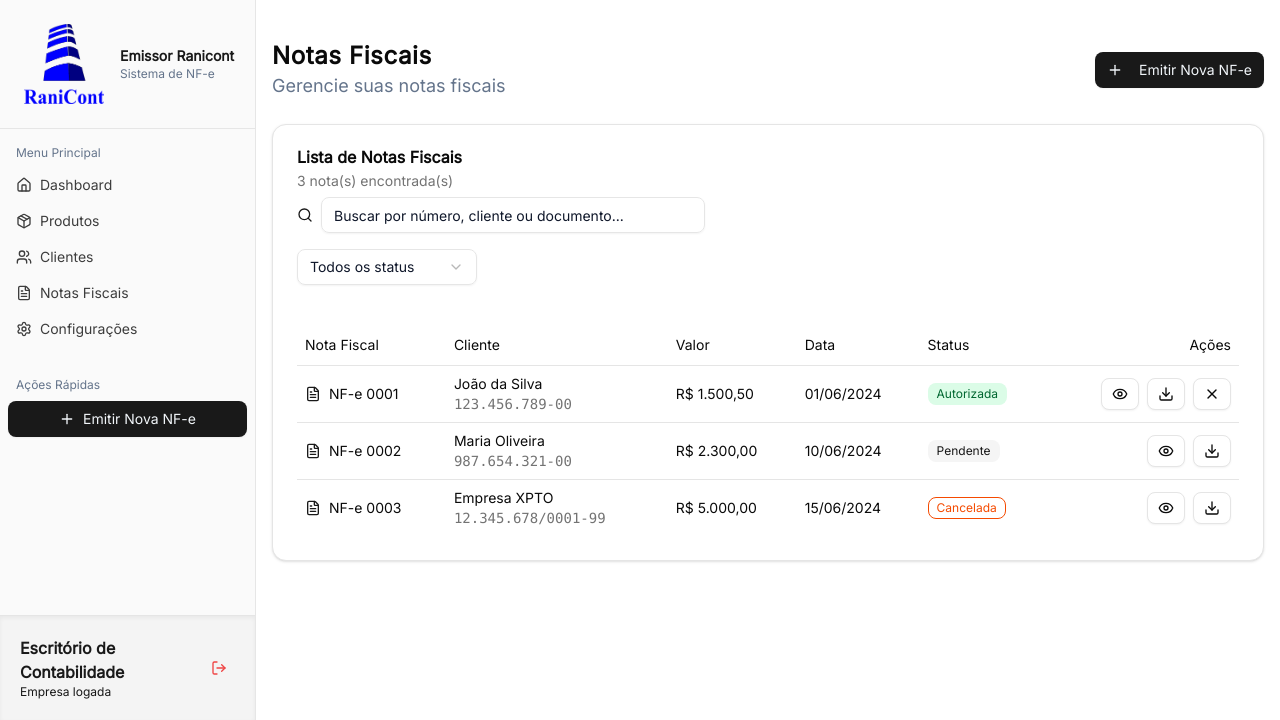
Repository: vinimx/emissor-ranicont
Page: /notas
These files come from the project's save history. The page is drawn as it stood at one moment and after the next save; the edit follows.
The browser window is 1280 px wide. The pictures show the whole page.
The project was rebuilt for these pictures with package versions that can differ from the ones it lists, and the page was loaded fresh each time. Also part of the build but not shown: vite.config.js, src/components/ui/label.jsx, src/components/Auth/Login/index.jsx, src/components/Auth/Cadastrar/index.jsx, src/components/ui/separator.jsx, src/components/ui/skeleton.jsx, src/components/Dashboard/index.jsx, src/components/Produtos/index.jsx and 2 more.

Above is the page before, as saved 2025-06-23 22:10:32.

### index.html
<!DOCTYPE html>
<html lang="en">
  <head>
    <meta charset="UTF-8" />
    <link rel="icon" type="image/svg+xml" href="/vite.svg" />
    <meta name="viewport" content="width=device-width, initial-scale=1.0" />
    <title>Emissor Ranicont</title>
  </head>
  <body>
    <div id="root"></div>
    <script type="module" src="/src/main.jsx"></script>
  </body>
</html>

### src/main.jsx
import "./index.css";
import React from "react";
import ReactDOM from "react-dom/client";
import { BrowserRouter } from "react-router-dom";
import App from "./App";

ReactDOM.createRoot(document.getElementById("root")).render(
  <React.StrictMode>
    <BrowserRouter>
      <App />
    </BrowserRouter>
  </React.StrictMode>
);

### src/App.jsx
import { Routes, Route } from "react-router-dom";
import Login from "./components/Auth/Login";
import Cadastrar from "./components/Auth/Cadastrar";
import Dashboard from "./components/Dashboard";
import Produtos from "./components/Produtos";
import Clientes from "./components/Clientes";
import NotaFiscal from "./components/NotaFiscal";
import NovaNotaFiscal from "./components/NotaFiscal/NovaNotaFiscal";

function App() {
  return (
    <Routes>
      <Route path="/" element={<Dashboard />} />
      <Route path="/login" element={<Login />} />
      <Route path="/cadastrar" element={<Cadastrar />} />
      <Route path="/dashboard" element={<Dashboard />} />
      <Route path="/produtos" element={<Produtos />} />
      <Route path="/clientes" element={<Clientes />} />
      <Route path="/notas" element={<NotaFiscal />} />
      <Route path="/nova" element={<NovaNotaFiscal />} />
    </Routes>
  );
}

export default App;

### src/components/NotaFiscal/index.jsx
import { Plus, Search, FileText, Eye, Download, X } from "lucide-react";
import HeaderPagina from "../HeaderPagina";
import LayoutComSidebar from "../MobileSideBar";
import { SidebarProvider } from "../ui/sidebar";
import { Sheet, SheetTrigger } from "../ui/sheet";
import { Button } from "../ui/button";
import { useState } from "react";
import {
  Card,
  CardDescription,
  CardHeader,
  CardTitle,
  CardContent,
} from "../ui/card";
import { Input } from "../ui/input";
import {
  Table,
  TableHeader,
  TableBody,
  TableRow,
  TableHead,
  TableCell,
} from "../ui/table";
import {
  Select,
  SelectTrigger,
  SelectValue,
  SelectContent,
  SelectItem,
} from "../ui/select";
import { Badge } from "../ui/badge";
import { Link } from "react-router-dom";

const notas = [
  {
    id: 1,
    numero: "0001",
    cliente: "João da Silva",
    documento: "123.456.789-00",
    valor: 1500.5,
    data: "2024-06-01",
    status: "Autorizada",
    serie: "1",
  },
  {
    id: 2,
    numero: "0002",
    cliente: "Maria Oliveira",
    documento: "987.654.321-00",
    valor: 2300.0,
    data: "2024-06-10",
    status: "Pendente",
    serie: "1",
  },
  {
    id: 3,
    numero: "0003",
    cliente: "Empresa XPTO",
    documento: "12.345.678/0001-99",
    valor: 5000.0,
    data: "2024-06-15",
    status: "Cancelada",
    serie: "2",
  },
];

export default function NotaFiscal() {
  const [abrirSheet, setAbrirSheet] = useState(false);
  const [busca, setBusca] = useState("");
  const [filtroStatus, setFiltroStatus] = useState("all");

  const notasFiltradas = notas.filter((nota) => {
    const correspondeBusca =
      nota.numero.includes(busca) ||
      nota.cliente.toLowerCase().includes(busca.toLowerCase()) ||
      nota.documento.includes(busca);

    const correspondeStatus =
      filtroStatus === "all" || nota.status === filtroStatus;

    return correspondeBusca && correspondeStatus;
  });

  const getBadgeStatus = (status) => {
    switch (status) {
      case "Autorizada":
        return (
          <Badge className="bg-green-100 text-green-800 hover:bg-green-100">
            Autorizada
          </Badge>
        );
      case "Pendente":
        return <Badge variant="secondary">Pendente</Badge>;
      case "Cancelada":
        return (
          <Badge
            variant="outline"
            className="text-orange-600 border-orange-600"
          >
            Cancelada
          </Badge>
        );
      case "Rejeitada":
        return <Badge variant="destructive">Rejeitada</Badge>;
      default:
        return <Badge variant="secondary">{status}</Badge>;
    }
  };

  return (
    <SidebarProvider>
      <LayoutComSidebar>
        <div className="mt-20 md:mt-10 m-2 sm:m-4 space-y-4 sm:space-y-6">
          <HeaderPagina
            titulo="Notas Fiscais"
            subtitulo="Gerencie suas notas fiscais"
            acao={
              <Sheet open={abrirSheet} onOpenChange={setAbrirSheet}>
                <Button
                  asChild
                  className="bg-[var(--sidebar-primaria)] text-[var(--primaria-texto)] font-medium transition-colors hover:bg-[var(--primaria-hover)] rounded-[var(--raio)]"
                >
                  <Link to="/nova">
                    <Plus className="h-4 w-4 mr-2" />
                    Emitir Nova NF-e
                  </Link>
                </Button>
              </Sheet>
            }
          />
          <Card className="overflow-hidden">
            <CardHeader className="pb-4">
              <CardTitle>Lista de Notas Fiscais</CardTitle>
              <CardDescription>
                {notasFiltradas.length} nota(s) encontrada(s)
              </CardDescription>
              <div className="flex flex-col space-y-4">
                <div className="flex flex-col sm:flex-row sm:items-center space-y-2 sm:space-y-0 sm:space-x-2">
                  <Search className="h-4 w-4 text-[var(--sidebar-primaria)]" />
                  <Input
                    placeholder="Buscar por número, cliente ou documento..."
                    value={busca}
                    onChange={(e) => setBusca(e.target.value)}
                    className="max-w-sm bg-[var(--input-bg)] text-[var(--texto)] border-[var(--sidebar-borda)] placeholder:text-[var(--texto)]"
                  />
                </div>
                <Select value={filtroStatus} onValueChange={setFiltroStatus}>
                  <SelectTrigger className="w-full sm:w-[180px] bg-[var(--input-bg)] text-[var(--texto)] border-[var(--sidebar-borda)]">
                    <SelectValue placeholder="Filtrar por status" />
                  </SelectTrigger>
                  <SelectContent>
                    <SelectItem value="all">Todos os status</SelectItem>
                    <SelectItem value="Autorizada">Autorizada</SelectItem>
                    <SelectItem value="Pendente">Pendente</SelectItem>
                    <SelectItem value="Cancelada">Cancelada</SelectItem>
                    <SelectItem value="Rejeitada">Rejeitada</SelectItem>
                  </SelectContent>
                </Select>
              </div>
            </CardHeader>
            <CardContent>
              {/* Tabela para telas grandes (lg e acima) */}
              <div className="hidden lg:block overflow-x-auto">
                <Table>
                  <TableHeader>
                    <TableRow>
                      <TableHead>Nota Fiscal</TableHead>
                      <TableHead>Cliente</TableHead>
                      <TableHead>Valor</TableHead>
                      <TableHead>Data</TableHead>
                      <TableHead>Status</TableHead>
                      <TableHead className="text-right">Ações</TableHead>
                    </TableRow>
                  </TableHeader>
                  <TableBody>
                    {notasFiltradas.map((nota) => (
                      <TableRow key={nota.id}>
                        <TableCell>
                          <div className="flex items-center space-x-2">
                            <FileText className="h-4 w-4 text-[var(--sidebar-primaria)]" />
                            <div>
                              <div className="font-medium">
                                NF-e {nota.numero}
                              </div>
                            </div>
                          </div>
                        </TableCell>
                        <TableCell>
                          <div>
                            <div className="font-medium">{nota.cliente}</div>
                            <div className="text-sm text-muted-foreground font-mono">
                              {nota.documento}
                            </div>
                          </div>
                        </TableCell>
                        <TableCell>
                          <div className="font-medium">
                            R${" "}
                            {nota.valor.toLocaleString("pt-BR", {
                              minimumFractionDigits: 2,
                            })}
                          </div>
                        </TableCell>
                        <TableCell>
                          <div className="text-sm">
                            {new Date(nota.data).toLocaleDateString("pt-BR")}
                          </div>
                        </TableCell>
                        <TableCell>{getBadgeStatus(nota.status)}</TableCell>
                        <TableCell className="text-right">
                          <div className="flex justify-end space-x-2">
                            <Button variant="outline" size="sm">
                              <Eye className="h-4 w-4" />
                            </Button>
                            <Button variant="outline" size="sm">
                              <Download className="h-4 w-4" />
                            </Button>
                            {nota.status === "Autorizada" && (
                              <Button variant="outline" size="sm">
                                <X className="h-4 w-4" />
                              </Button>
                            )}
                          </div>
                        </TableCell>
                      </TableRow>
                    ))}
                  </TableBody>
                </Table>
              </div>

              {/* Tabela compacta para tablets (md) */}
              <div className="hidden md:block lg:hidden overflow-x-auto">
                <Table>
                  <TableHeader>
                    <TableRow>
                      <TableHead>Nota Fiscal</TableHead>
                      <TableHead>Cliente</TableHead>
                      <TableHead>Valor</TableHead>
                      <TableHead className="text-right">Ações</TableHead>
                    </TableRow>
                  </TableHeader>
                  <TableBody>
                    {notasFiltradas.map((nota) => (
                      <TableRow key={nota.id}>
                        <TableCell>
                          <div className="flex items-center space-x-2">
                            <FileText className="h-4 w-4 text-[var(--sidebar-primaria)] flex-shrink-0" />
                            <div className="min-w-0 flex-1">
                              <div className="font-medium text-sm truncate">
                                NF-e {nota.numero}
                              </div>
                            </div>
                          </div>
                        </TableCell>
                        <TableCell>
                          <div className="min-w-0">
                            <div className="font-medium text-sm truncate">
                              {nota.cliente}
                            </div>
                            <div className="text-xs text-muted-foreground font-mono truncate">
                              {nota.documento}
                            </div>
                          </div>
                        </TableCell>
                        <TableCell>
                          <div className="font-medium text-sm">
                            R${" "}
                            {nota.valor.toLocaleString("pt-BR", {
                              minimumFractionDigits: 2,
                            })}
                          </div>
                          <span>
                            <b>Data:</b>{" "}
                            {new Date(nota.data).toLocaleDateString("pt-BR")}
                          </span>
                          <div className="text-xs">
                            {getBadgeStatus(nota.status)}
                          </div>
                        </TableCell>
                        <TableCell className="text-right">
                          <div className="flex justify-end space-x-1">
                            {nota.status === "Autorizada" && (
                              <Button
                                variant="outline"
                                size="sm"
                                className="h-8 w-8 p-0"
                              >
                                <X className="h-3 w-3" />
                              </Button>
                            )}
                          </div>
                          <Button
                            variant="outline"
                            size="sm"
                            className="h-8 w-8 p-0"
                          >
                            <Eye className="h-3 w-3" />
                          </Button>
                          <Button
                            variant="outline"
                            size="sm"
                            className="h-8 w-8 p-0"
                          >
                            <Download className="h-3 w-3" />
                          </Button>
                        </TableCell>
                      </TableRow>
                    ))}
                  </TableBody>
                </Table>
              </div>

              {/* Cards para telas pequenas */}
              <div className="flex flex-col gap-4 md:hidden">
                {notasFiltradas.map((nota) => (
                  <div
                    key={nota.id}
                    className="border rounded-lg p-3 bg-white shadow"
                  >
                    <div className="flex items-center space-x-2 mb-2">
                      <FileText className="h-4 w-4 text-[var(--sidebar-primaria)]" />
                      <div className="font-bold">NF-e {nota.numero}</div>
                    </div>
                    <div className="flex flex-wrap gap-2 text-sm">
                      <span>
                        <b>Cliente:</b> {nota.cliente}
                      </span>
                      <span>
                        <b>Documento:</b> {nota.documento}
                      </span>
                      <span>
                        <b>Valor:</b> R${" "}
                        {nota.valor.toLocaleString("pt-BR", {
                          minimumFractionDigits: 2,
                        })}
                      </span>
                      <span>
                        <b>Data:</b>{" "}
                        {new Date(nota.data).toLocaleDateString("pt-BR")}
                      </span>
                      <span>
                        <b>Status:</b> {nota.status}
                      </span>
                    </div>
                    <div className="flex gap-2 mt-2">
                      <Button variant="outline" size="sm">
                        <Eye className="h-4 w-4" />
                      </Button>
                      <Button variant="outline" size="sm">
                        <Download className="h-4 w-4" />
                      </Button>
                      {nota.status === "Autorizada" && (
                        <Button variant="outline" size="sm">
                          <X className="h-4 w-4" />
                        </Button>
                      )}
                    </div>
                  </div>
                ))}
              </div>
            </CardContent>
          </Card>
        </div>
      </LayoutComSidebar>
    </SidebarProvider>
  );
}

### src/components/Logo/index.jsx
import React from "react";
import logoEmissor from "/assets/images/logo.png";

const Logo = () => {
  return (
    <a href="#">
      <img src={logoEmissor} alt="Logo Emissor" className="h-20 w-20" />
    </a>
  );
};

export default Logo;

### src/components/HeaderPagina/index.jsx
import React from "react";

export default function HeaderPagina({ titulo, subtitulo, acao, children }) {
  return (
    <div className="flex items-center justify-between">
      <div>
        <h2 className="text-2xl font-bold tracking-wide">{titulo}</h2>
        {subtitulo && (
          <p className="text-lg" style={{ color: "var(--suave-texto)" }}>
            {subtitulo}
          </p>
        )}
        {children}
      </div>
      {acao && <div>{acao}</div>}
    </div>
  );
}

Loaded but not shown: src/lib/utils.js (common file); src/hooks/use-mobile.js (common file); src/components/ui/sidebar.jsx (681 lines, source omitted); src/index.css (181 lines, source omitted); src/components/ui/select.jsx (164 lines, source omitted); src/components/SideBar/index.jsx (158 lines, source omitted); src/components/ui/sheet.jsx (138 lines, source omitted); src/components/ui/table.jsx (121 lines, source omitted); src/components/ui/button.jsx (55 lines, source omitted); src/components/ui/card.jsx (101 lines, source omitted); src/components/ui/tooltip.jsx (55 lines, source omitted); src/components/ui/badge.jsx (44 lines, source omitted); src/components/MobileSideBar/index.jsx (38 lines, source omitted); src/components/ui/input.jsx (24 lines, source omitted)

After the next save:
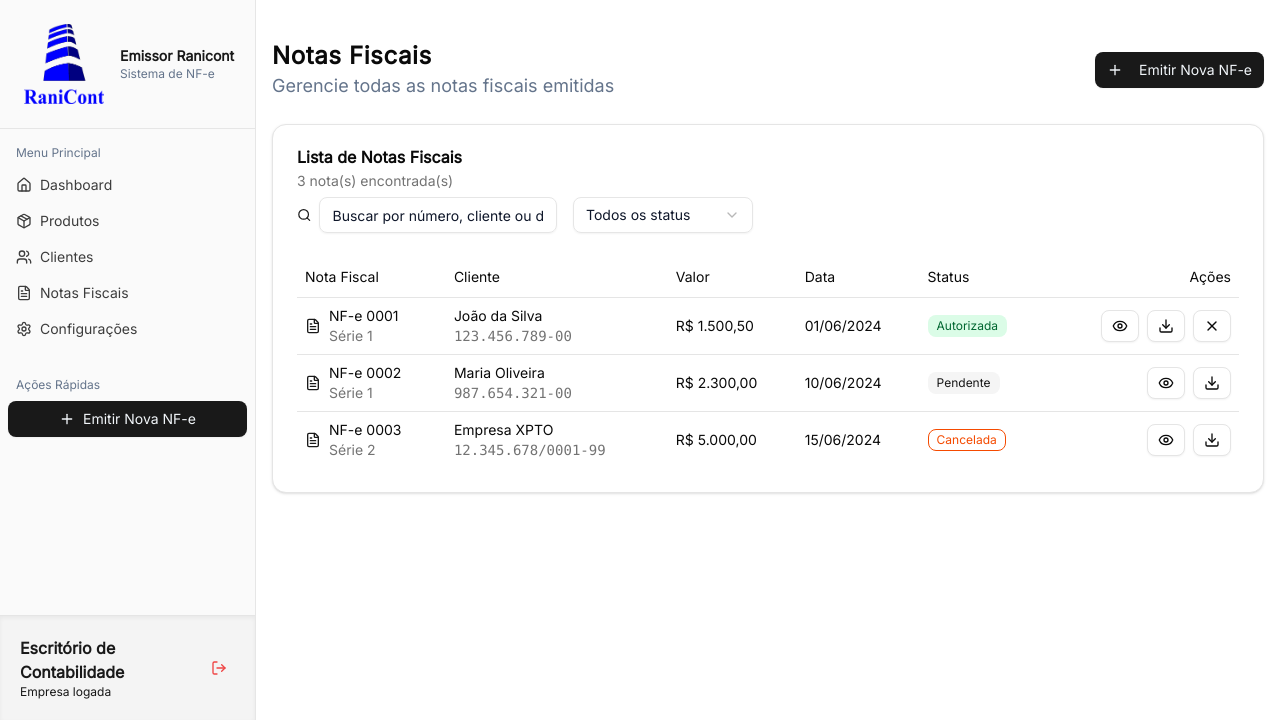
Saved 92 s later.
--- a/src/components/NotaFiscal/index.jsx
+++ b/src/components/NotaFiscal/index.jsx
@@ -110,10 +110,10 @@ export default function NotaFiscal() {
   return (
     <SidebarProvider>
       <LayoutComSidebar>
-        <div className="mt-20 md:mt-10 m-2 sm:m-4 space-y-4 sm:space-y-6">
+        <div className="mt-20 md:mt-10 m-4 space-y-6">
           <HeaderPagina
             titulo="Notas Fiscais"
-            subtitulo="Gerencie suas notas fiscais"
+            subtitulo="Gerencie todas as notas fiscais emitidas"
             acao={
               <Sheet open={abrirSheet} onOpenChange={setAbrirSheet}>
                 <Button
@@ -128,14 +128,14 @@ export default function NotaFiscal() {
               </Sheet>
             }
           />
-          <Card className="overflow-hidden">
-            <CardHeader className="pb-4">
+          <Card>
+            <CardHeader>
               <CardTitle>Lista de Notas Fiscais</CardTitle>
               <CardDescription>
                 {notasFiltradas.length} nota(s) encontrada(s)
               </CardDescription>
-              <div className="flex flex-col space-y-4">
-                <div className="flex flex-col sm:flex-row sm:items-center space-y-2 sm:space-y-0 sm:space-x-2">
+              <div className="flex items-center space-x-4">
+                <div className="flex items-center space-x-2">
                   <Search className="h-4 w-4 text-[var(--sidebar-primaria)]" />
                   <Input
                     placeholder="Buscar por número, cliente ou documento..."
@@ -145,7 +145,7 @@ export default function NotaFiscal() {
                   />
                 </div>
                 <Select value={filtroStatus} onValueChange={setFiltroStatus}>
-                  <SelectTrigger className="w-full sm:w-[180px] bg-[var(--input-bg)] text-[var(--texto)] border-[var(--sidebar-borda)]">
+                  <SelectTrigger className="w-[180px] bg-[var(--input-bg)] text-[var(--texto)] border-[var(--sidebar-borda)]">
                     <SelectValue placeholder="Filtrar por status" />
                   </SelectTrigger>
                   <SelectContent>
@@ -159,8 +159,8 @@ export default function NotaFiscal() {
               </div>
             </CardHeader>
             <CardContent>
-              {/* Tabela para telas grandes (lg e acima) */}
-              <div className="hidden lg:block overflow-x-auto">
+              {/* Tabela para telas médias e grandes */}
+              <div className="hidden md:block">
                 <Table>
                   <TableHeader>
                     <TableRow>
@@ -182,6 +182,9 @@ export default function NotaFiscal() {
                               <div className="font-medium">
                                 NF-e {nota.numero}
                               </div>
+                              <div className="text-sm text-muted-foreground">
+                                Série {nota.serie}
+                              </div>
                             </div>
                           </div>
                         </TableCell>
@@ -227,89 +230,6 @@ export default function NotaFiscal() {
                   </TableBody>
                 </Table>
               </div>
-
-              {/* Tabela compacta para tablets (md) */}
-              <div className="hidden md:block lg:hidden overflow-x-auto">
-                <Table>
-                  <TableHeader>
-                    <TableRow>
-                      <TableHead>Nota Fiscal</TableHead>
-                      <TableHead>Cliente</TableHead>
-                      <TableHead>Valor</TableHead>
-                      <TableHead className="text-right">Ações</TableHead>
-                    </TableRow>
-                  </TableHeader>
-                  <TableBody>
-                    {notasFiltradas.map((nota) => (
-                      <TableRow key={nota.id}>
-                        <TableCell>
-                          <div className="flex items-center space-x-2">
-                            <FileText className="h-4 w-4 text-[var(--sidebar-primaria)] flex-shrink-0" />
-                            <div className="min-w-0 flex-1">
-                              <div className="font-medium text-sm truncate">
-                                NF-e {nota.numero}
-                              </div>
-                            </div>
-                          </div>
-                        </TableCell>
-                        <TableCell>
-                          <div className="min-w-0">
-                            <div className="font-medium text-sm truncate">
-                              {nota.cliente}
-                            </div>
-                            <div className="text-xs text-muted-foreground font-mono truncate">
-                              {nota.documento}
-                            </div>
-                          </div>
-                        </TableCell>
-                        <TableCell>
-                          <div className="font-medium text-sm">
-                            R${" "}
-                            {nota.valor.toLocaleString("pt-BR", {
-                              minimumFractionDigits: 2,
-                            })}
-                          </div>
-                          <span>
-                            <b>Data:</b>{" "}
-                            {new Date(nota.data).toLocaleDateString("pt-BR")}
-                          </span>
-                          <div className="text-xs">
-                            {getBadgeStatus(nota.status)}
-                          </div>
-                        </TableCell>
-                        <TableCell className="text-right">
-                          <div className="flex justify-end space-x-1">
-                            {nota.status === "Autorizada" && (
-                              <Button
-                                variant="outline"
-                                size="sm"
-                                className="h-8 w-8 p-0"
-                              >
-                                <X className="h-3 w-3" />
-                              </Button>
-                            )}
-                          </div>
-                          <Button
-                            variant="outline"
-                            size="sm"
-                            className="h-8 w-8 p-0"
-                          >
-                            <Eye className="h-3 w-3" />
-                          </Button>
-                          <Button
-                            variant="outline"
-                            size="sm"
-                            className="h-8 w-8 p-0"
-                          >
-                            <Download className="h-3 w-3" />
-                          </Button>
-                        </TableCell>
-                      </TableRow>
-                    ))}
-                  </TableBody>
-                </Table>
-              </div>
-
               {/* Cards para telas pequenas */}
               <div className="flex flex-col gap-4 md:hidden">
                 {notasFiltradas.map((nota) => (
@@ -320,6 +240,9 @@ export default function NotaFiscal() {
                     <div className="flex items-center space-x-2 mb-2">
                       <FileText className="h-4 w-4 text-[var(--sidebar-primaria)]" />
                       <div className="font-bold">NF-e {nota.numero}</div>
+                    </div>
+                    <div className="text-xs text-muted-foreground mb-2">
+                      Série {nota.serie}
                     </div>
                     <div className="flex flex-wrap gap-2 text-sm">
                       <span>
